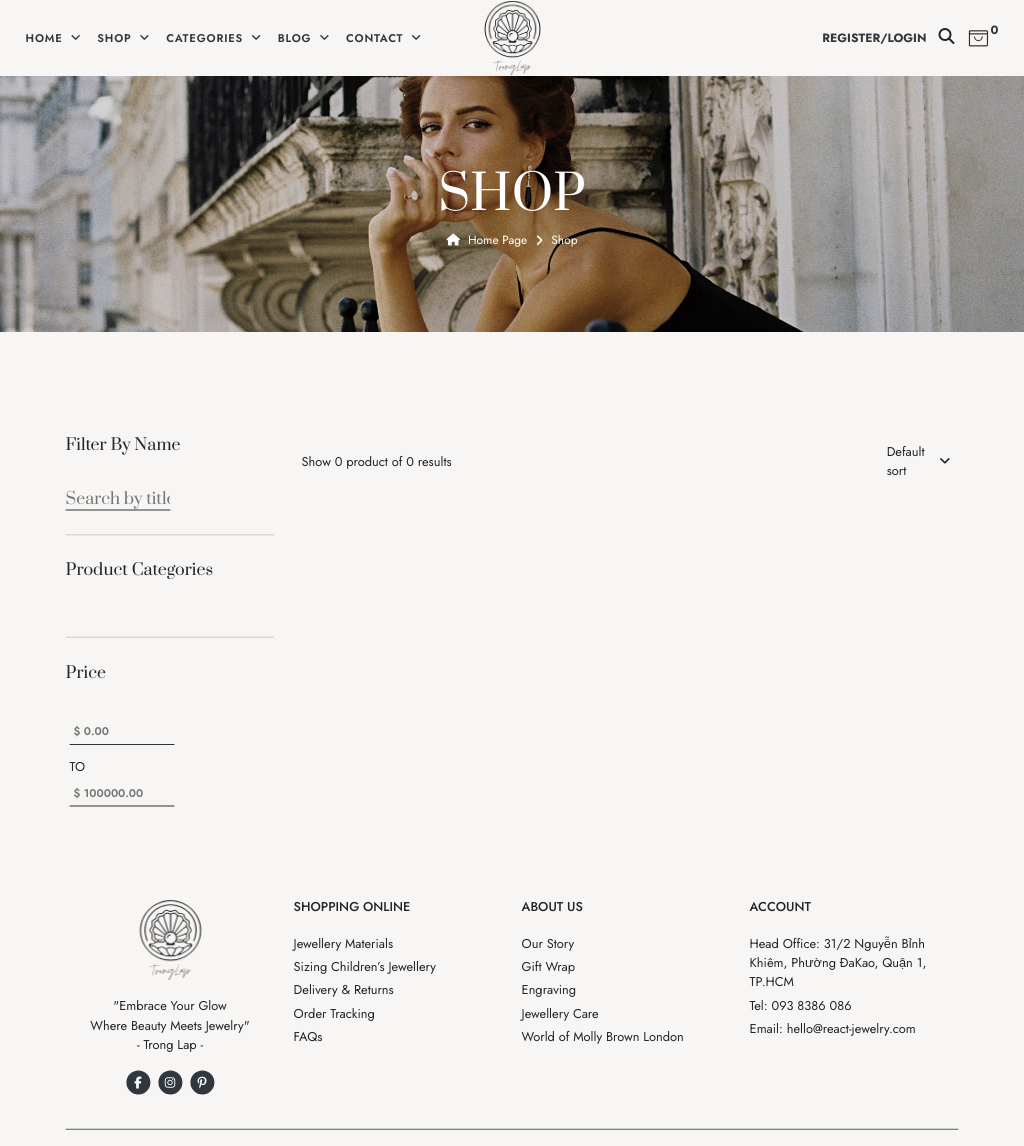
Repository: tronglap/react-jewelry
Page: /list-product
An editor plug-in stored every save of this project. The page is shown before and after a run of saves, followed by the edit.
The browser window is 1280 px wide. The pictures show the whole page, at 80% of full size.
The page's requests for data from a server got no answer. The project was rebuilt for these pictures with package versions that can differ from the ones it lists, and the page was loaded fresh each time. No one was signed in, and anything a server would have sent is missing. Also part of the build but not shown: src/component/Button/Button.css, src/component/Button/Button.js, src/component/SliderBar/SliderBar.css, src/component/SliderBar/SliderBar.js, src/component/Home/WWD/WWD.css, src/component/Home/WWD/WWD.js, src/component/Home/Home.css, src/component/Home/Categories/Categories.js and 15 more.

Above is the page before, as saved 2024-03-26 20:50:51.

After the next 3 saves:
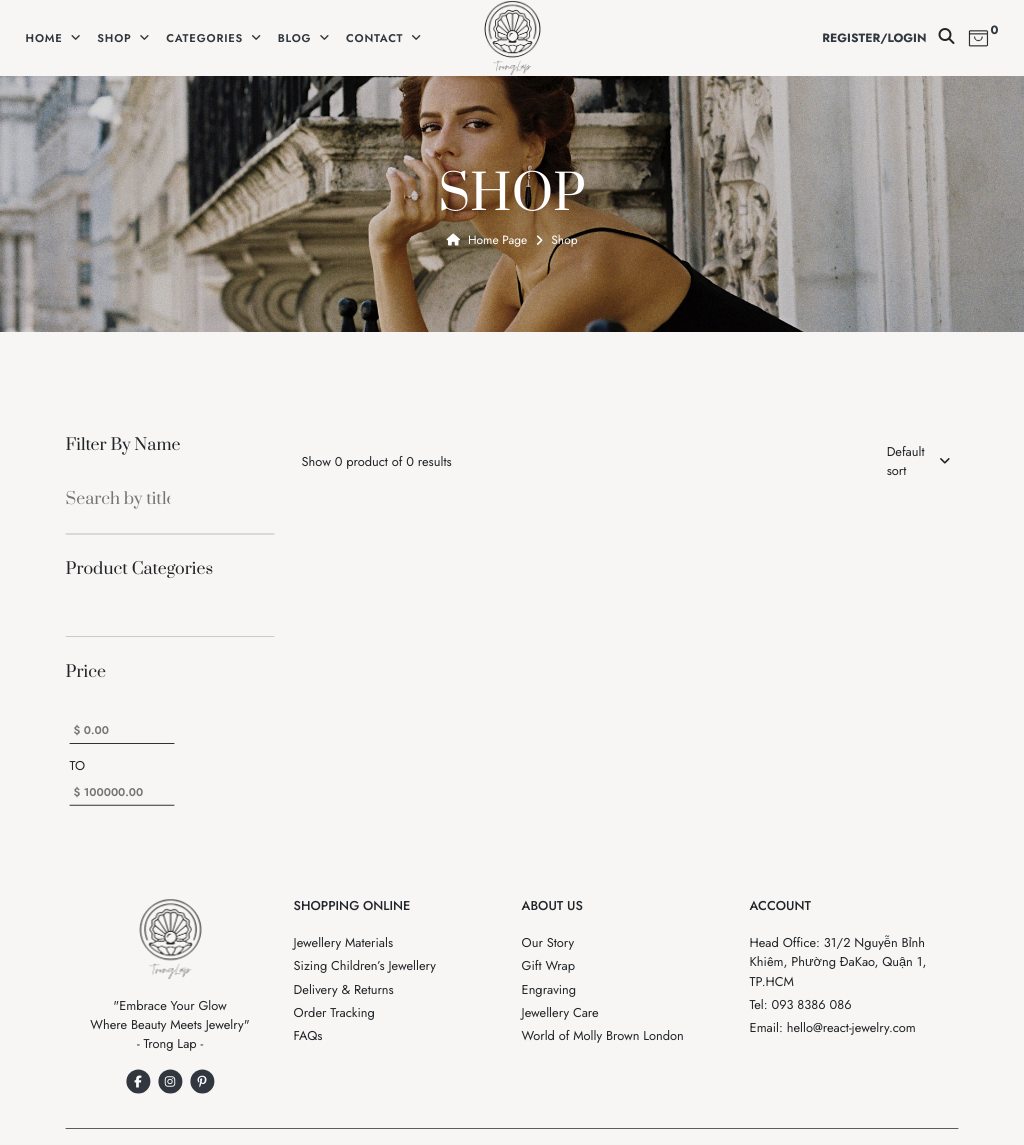
The 3 saves are shown as one change because they came seconds apart.
The last was saved 18 h 20 min later.
--- a/src/component/ListProduct/ListProduct.css
+++ b/src/component/ListProduct/ListProduct.css
@@ -21,7 +21,6 @@
 .ListProduct .box_product .FBN input {
     border: none;
     background-color: transparent;
-    border-bottom: 1px solid black;
     outline: none;
     width: 50%;
 }
